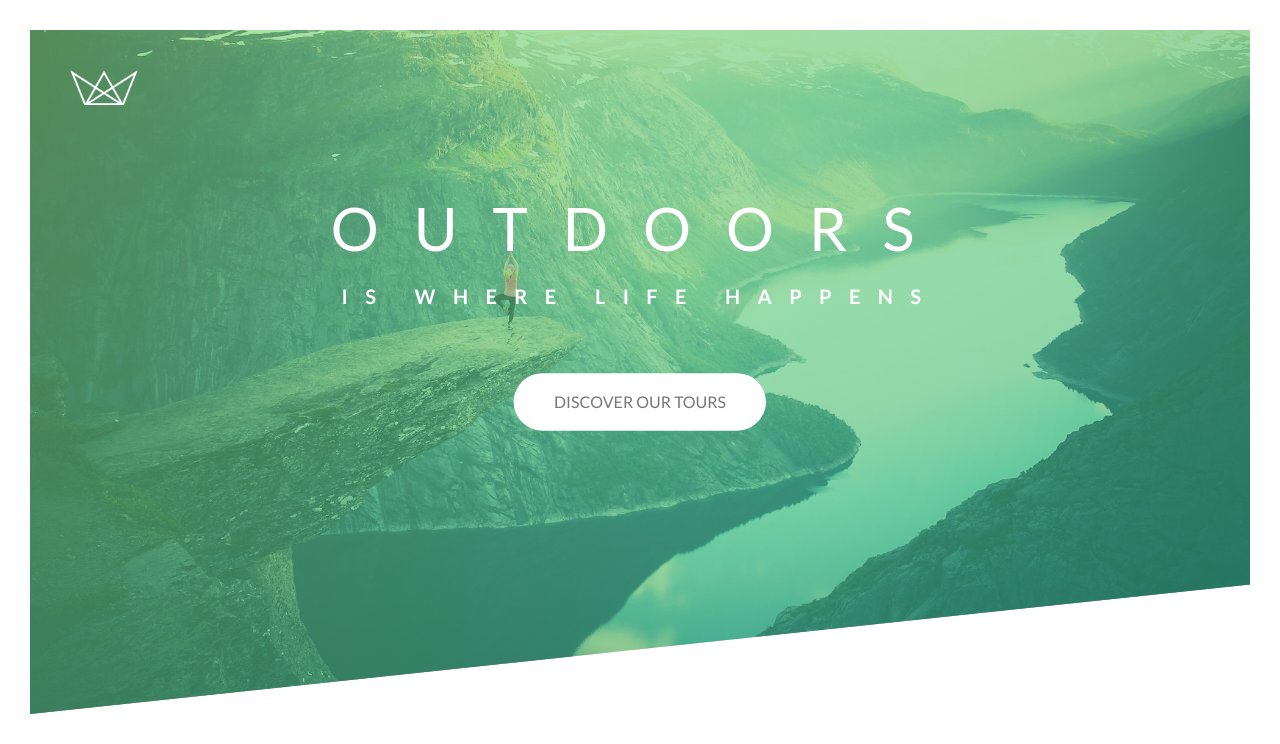
Repository: mukiSabljakovic/NatoursV1
Page: index.html
An editor plug-in stored every save of this project. The page is shown before and after the next save, followed by the edit.
The browser window is 1280 px wide. The pictures show the whole page.
Some web libraries are served in a nearby version.

Above is the page before, as saved 2020-05-11 16:25:48.

After the next save:
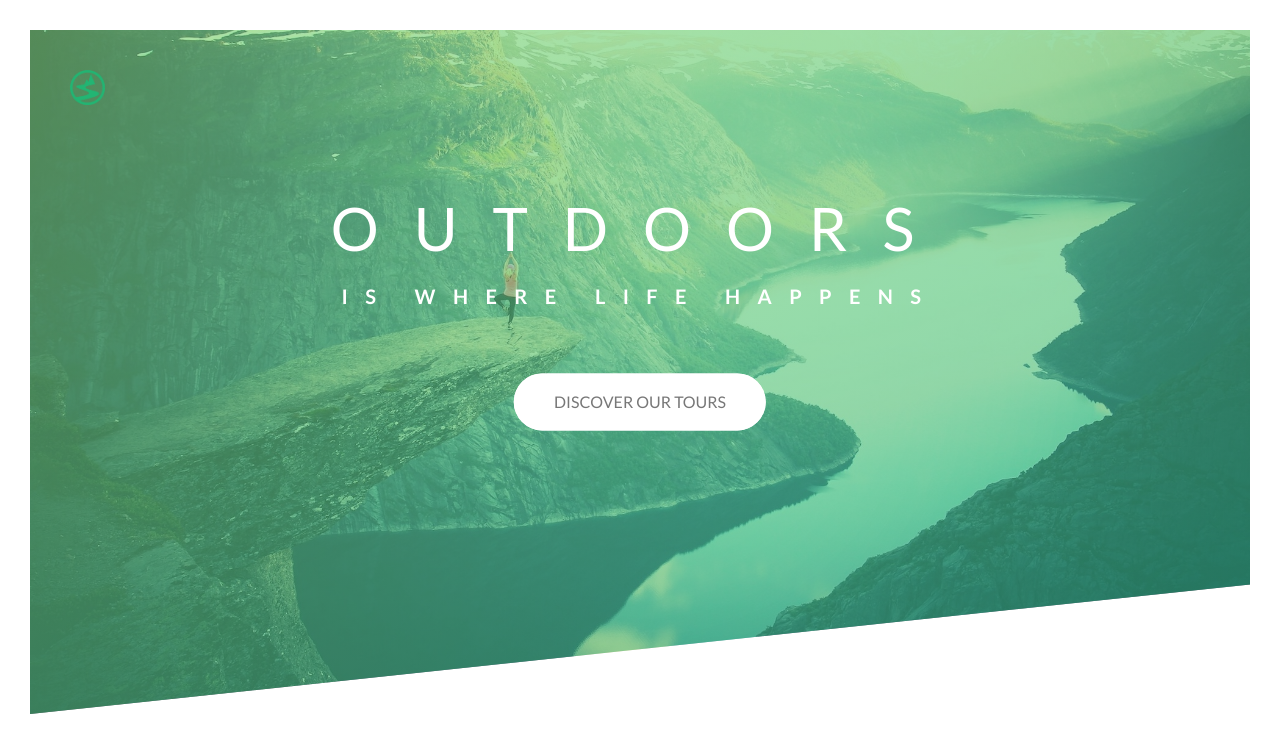
Saved 96 s later.
--- a/index.html
+++ b/index.html
@@ -16,7 +16,7 @@
     <body>
        <header class="header">
            <div class="logo-box">
-               <img class="logo" src="img/logo-white.png" alt="Natours Logo">
+               <img class="logo" src="img/logo.png" alt="Natours Logo">
            </div>
 
            <div class="text-box">
